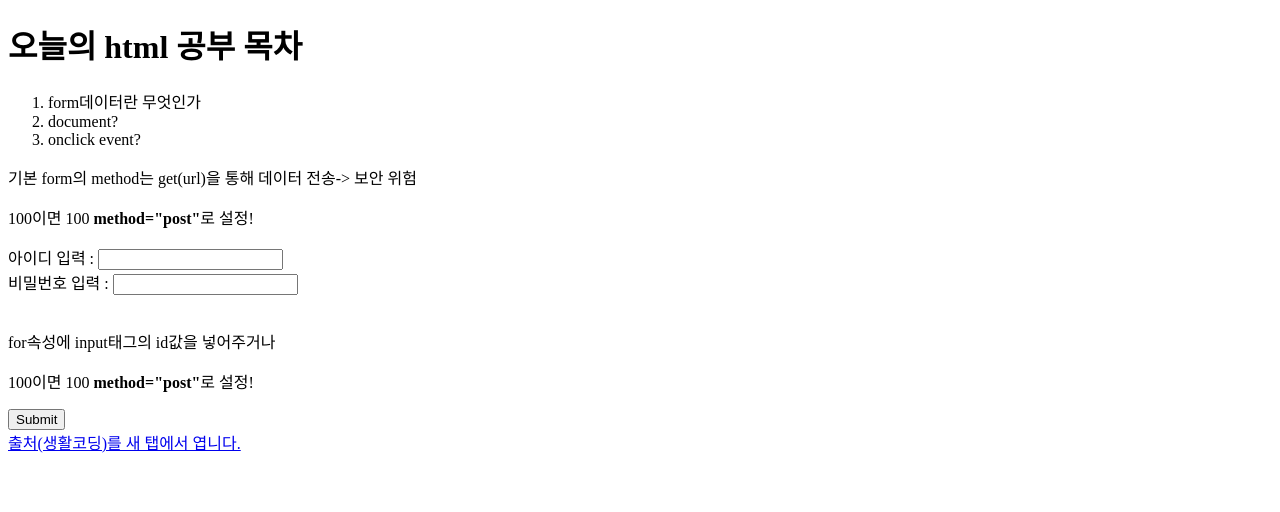
Repository: PareutPareut/frontend
Page: markDowns/study1129.html
These files come from the project's save history. The page is drawn as it stood at one moment and after the next save; the edit follows.
The browser window is 1280 px wide. The pictures show the whole page.

Above is the page before, as saved 2023-11-29 14:58:23.

After the next save:
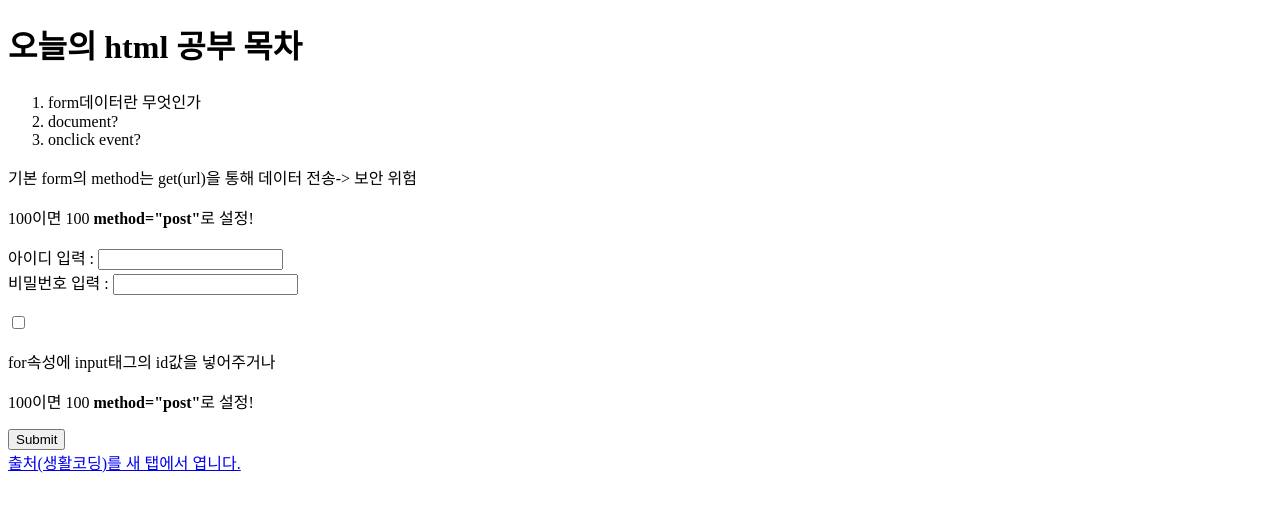
Saved 42 s later.
--- a/markDowns/study1129.html
+++ b/markDowns/study1129.html
@@ -33,7 +33,7 @@
             <br>
 
             <label>
-
+                <span><input type="checkbox" name=""</span>
             </label>
             <div>
                 <p>for속성에 input태그의 id값을 넣어주거나 </p>
